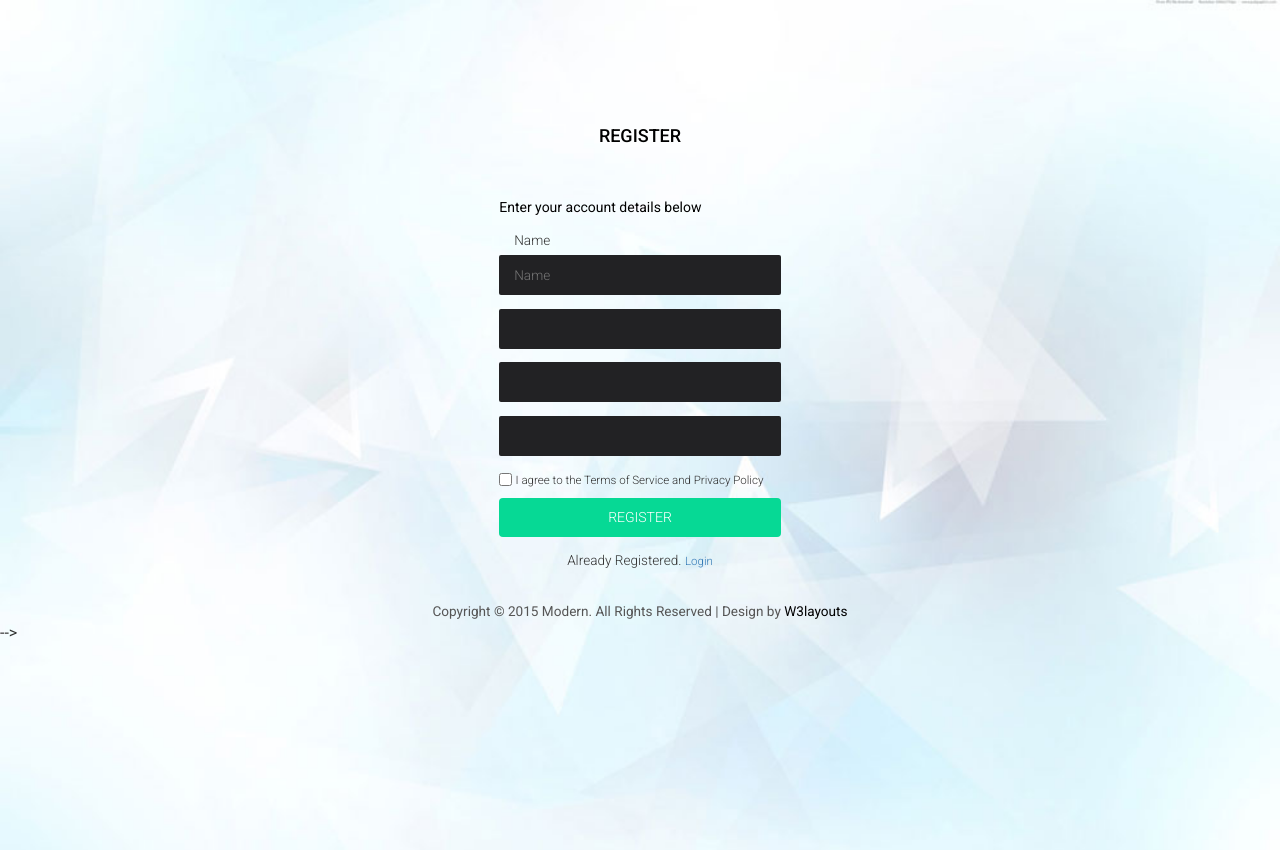
Repository: NomanMustafa/laravel-blog
Page: http://localhost/register
The author's editor kept a copy of each file at every save. The page is drawn from the files as they stood at one save, then again after the next save.
The browser window is 1280 px wide. The pictures show the whole page.
The page is served by the project's Laravel application, run on PHP 8.4 with Laravel 8. Other server files are loaded and not shown.

Above is the page before, as saved 2020-07-04 23:33:00.

### routes/web.php
<?php

use Illuminate\Support\Facades\Route;

/*
|--------------------------------------------------------------------------
| Web Routes
|--------------------------------------------------------------------------
|
| Here is where you can register web routes for your application. These
| routes are loaded by the RouteServiceProvider within a group which
| contains the "web" middleware group. Now create something great!
|
 */

// Route::get('/', function () {
//     return view('welcome');
// });
Route::get('/', 'PublicControler@index')->name('index');
Route::get('post/{id}', 'PublicControler@singlePost')->name('singlePost');
Route::get('/about', 'PublicControler@about')->name('about');
Route::get('/contect', 'PublicControler@contect')->name('contect');
Route::post('/contect', 'PublicControler@contectPost')->name('contectPost');

Auth::routes();
Route::get('/dashboard', 'HomeController@index')->name('dashboard');

Route::prefix('admin')->group(function(){
    Route::get('/dashboard' , 'AdminController@dashboard')->name('adminDashboard');
});

### resources/views/auth/register.blade.php
@extends('layouts.auth')
@section('content')
<div class="login-logo">
    <a href="index.html"><img src="images/logo.png" alt="" /></a>
</div>
<h2 class="form-heading">Register</h2>
<form class="form-signin app-cam" method="POST" action="{{ route('register') }}">
    @csrf
  <p> Enter your account details below</p>
   <label for="name" class="col-md-4 col-form-label text-md-right">{{ __('Name') }}</label>
    <input type="text" class="form-control1" @error('name') is-invalid @enderror" name="name" value="{{ old('name') }}" required autocomplete="name" autofocus" placeholder="Name">
    @error('name')
    <span class="invalid-feedback" role="alert">
        <strong>{{ $message }}</strong>
    </span>
    @enderror
    <input type="email" class="form-control1" @error('email') is-invalid @enderror" name="email" value="{{ old('email') }}" required autocomplete="email">
    @error('email')
    <span class="invalid-feedback" role="alert">
        <strong>{{ $message }}</strong>
    </span>
    @enderror
    <input type="password" class="form-control1" @error('password') is-invalid @enderror" name="password" required autocomplete="new-password">
    @error('password')
    <span class="invalid-feedback" role="alert">
        <strong>{{ $message }}</strong>
    </span>
    @enderror
    <input id="password-confirm" type="password" class="form-control1" name="password_confirmation" required autocomplete="new-password">

    <label class="checkbox-custom check-success">
        <input type="checkbox" value="agree this condition" id="checkbox1"> <label for="checkbox1">I agree to the Terms of Service and Privacy Policy</label>
    </label>
    <button class="btn btn-lg btn-success1 btn-block" type="submit">{{ __('Register') }}</button>
    <div class="registration">
        Already Registered.
        <a class="" href="login.html">
           {{ __('Login') }}
        </a>
    </div>
</form>
<div class="copy_layout login register">
    <p>Copyright &copy; 2015 Modern. All Rights Reserved | Design by <a href="http://w3layouts.com/" target="_blank">W3layouts</a> </p>
</div>
@endsection





<!--
<div class="container">
    <div class="row justify-content-center">
        <div class="col-md-8">
            <div class="card">
                <div class="card-header">{{ __('Register') }}</div>

                <div class="card-body">
                    <form method="POST" action="{{ route('register') }}">
                        @csrf

                        <div class="form-group row">
                            <label for="name" class="col-md-4 col-form-label text-md-right">{{ __('Name') }}</label>

                            <div class="col-md-6">
                                <input id="name" type="text" class="form-control @error('name') is-invalid @enderror" name="name" value="{{ old('name') }}" required autocomplete="name" autofocus>

                                @error('name')
                                    <span class="invalid-feedback" role="alert">
                                        <strong>{{ $message }}</strong>
                                    </span>
                                @enderror
                            </div>
                        </div>

                        <div class="form-group row">
                            <label for="email" class="col-md-4 col-form-label text-md-right">{{ __('E-Mail Address') }}</label>

                            <div class="col-md-6">
                                <input id="email" type="email" class="form-control @error('email') is-invalid @enderror" name="email" value="{{ old('email') }}" required autocomplete="email">

                                @error('email')
                                    <span class="invalid-feedback" role="alert">
                                        <strong>{{ $message }}</strong>
                                    </span>
                                @enderror
                            </div>
                        </div>

                        <div class="form-group row">
                            <label for="password" class="col-md-4 col-form-label text-md-right">{{ __('Password') }}</label>

                            <div class="col-md-6">
                                <input id="password" type="password" class="form-control @error('password') is-invalid @enderror" name="password" required autocomplete="new-password">

                                @error('password')
                                    <span class="invalid-feedback" role="alert">
                                        <strong>{{ $message }}</strong>
                                    </span>
                                @enderror
                            </div>
                        </div>

                        <div class="form-group row">
                            <label for="password-confirm" class="col-md-4 col-form-label text-md-right">{{ __('Confirm Password') }}</label>

                            <div class="col-md-6">
                                <input id="password-confirm" type="password" class="form-control" name="password_confirmation" required autocomplete="new-password">
                            </div>
                        </div>

                        <div class="form-group row mb-0">
                            <div class="col-md-6 offset-md-4">
                                <button type="submit" class="btn btn-primary">
                                    {{ __('Register') }}
                                </button>
                            </div>
                        </div>
                    </form>
                </div>
            </div>
        </div>
    </div>
</div>
-->

### resources/views/layouts/auth.blade.php
<!DOCTYPE HTML>
<html>
<head>
    <title>Modern an Admin Panel Category Flat Bootstarp Resposive Website Template | Login :: w3layouts</title>
    <meta name="viewport" content="width=device-width, initial-scale=1">
    <meta http-equiv="Content-Type" content="text/html; charset=utf-8" />
    <meta name="keywords" content="Modern Responsive web template, Bootstrap Web Templates, Flat Web Templates, Andriod Compatible web template,
Smartphone Compatible web template, free webdesigns for Nokia, Samsung, LG, SonyErricsson, Motorola web design" />
    <script type="application/x-javascript">
        addEventListener("load", function() {
            setTimeout(hideURLbar, 0);
        }, false);

        function hideURLbar() {
            window.scrollTo(0, 1);
        }

    </script>
    <!-- Bootstrap Core CSS -->
    <link href="{{ asset('admin/assets/css/bootstrap.min.css') }}" rel='stylesheet' type='text/css' />
    <!-- Custom CSS -->
    <link href="{{ asset('admin/assets/css/style.css') }}" rel='stylesheet' type='text/css' />
    <link href="{{ asset('admin/assets/css/font-awesome.css') }}" rel="stylesheet">
    <!-- jQuery -->
    <script src="{{ asset('admin/assets/js/jquery.min.js') }}"></script>
    <!----webfonts--->
    <link href='http://fonts.googleapis.com/css?family=Roboto:400,100,300,500,700,900' rel='stylesheet' type='text/css'>
    <!---//webfonts--->
    <!-- Bootstrap Core JavaScript -->
    <script src="{{ asset('admin/assets/js/bootstrap.min.js') }}"></script>
</head>
<body id="login">
   @yield('content')
</body>
</html>

-->

Loaded but not shown: app/Providers/AppServiceProvider.php (common file); app/Http/Controllers/Auth/LoginController.php (common file); app/Http/Controllers/Controller.php (common file); app/Http/Controllers/Auth/ConfirmPasswordController.php (common file); app/Http/Controllers/Auth/RegisterController.php (common file); public/admin/assets/css/bootstrap.min.css (library); public/admin/assets/css/font-awesome.css (library); public/admin/assets/js/jquery.min.js (library); public/admin/assets/js/bootstrap.min.js (library); public/admin/assets/css/style.css (2713 lines, source omitted)

After the next save:
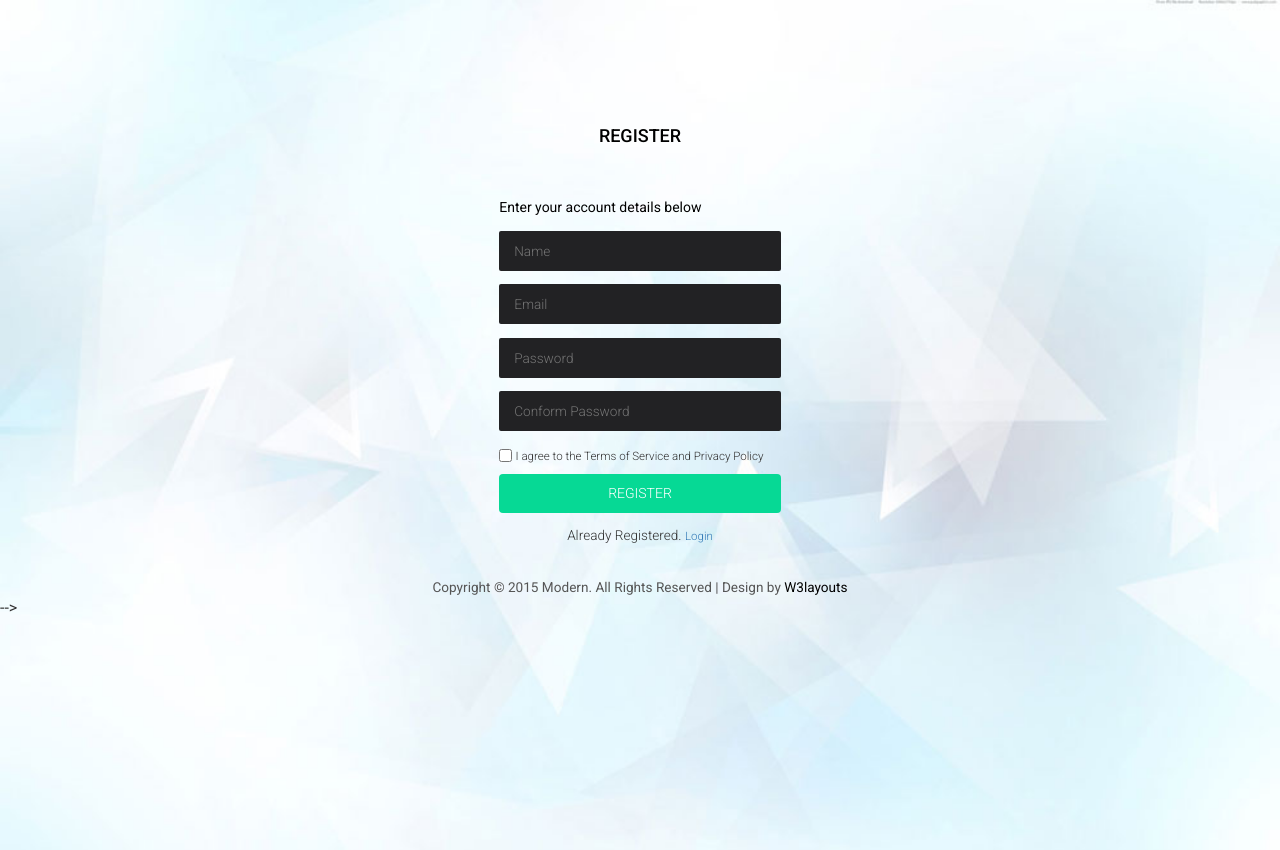
Saved 48 s later.
--- a/resources/views/auth/register.blade.php
+++ b/resources/views/auth/register.blade.php
@@ -7,26 +7,26 @@
 <form class="form-signin app-cam" method="POST" action="{{ route('register') }}">
     @csrf
   <p> Enter your account details below</p>
-   <label for="name" class="col-md-4 col-form-label text-md-right">{{ __('Name') }}</label>
+
     <input type="text" class="form-control1" @error('name') is-invalid @enderror" name="name" value="{{ old('name') }}" required autocomplete="name" autofocus" placeholder="Name">
     @error('name')
     <span class="invalid-feedback" role="alert">
         <strong>{{ $message }}</strong>
     </span>
     @enderror
-    <input type="email" class="form-control1" @error('email') is-invalid @enderror" name="email" value="{{ old('email') }}" required autocomplete="email">
+    <input type="email" class="form-control1" @error('email') is-invalid @enderror" name="email" value="{{ old('email') }}" required autocomplete="email"  placeholder="Email">
     @error('email')
     <span class="invalid-feedback" role="alert">
         <strong>{{ $message }}</strong>
     </span>
     @enderror
-    <input type="password" class="form-control1" @error('password') is-invalid @enderror" name="password" required autocomplete="new-password">
+    <input type="password" class="form-control1" @error('password') is-invalid @enderror" name="password" required autocomplete="new-password"  placeholder="Password">
     @error('password')
     <span class="invalid-feedback" role="alert">
         <strong>{{ $message }}</strong>
     </span>
     @enderror
-    <input id="password-confirm" type="password" class="form-control1" name="password_confirmation" required autocomplete="new-password">
+    <input id="password-confirm" type="password" class="form-control1" name="password_confirmation" required autocomplete="new-password"  placeholder="Conform Password">
 
     <label class="checkbox-custom check-success">
         <input type="checkbox" value="agree this condition" id="checkbox1"> <label for="checkbox1">I agree to the Terms of Service and Privacy Policy</label>
